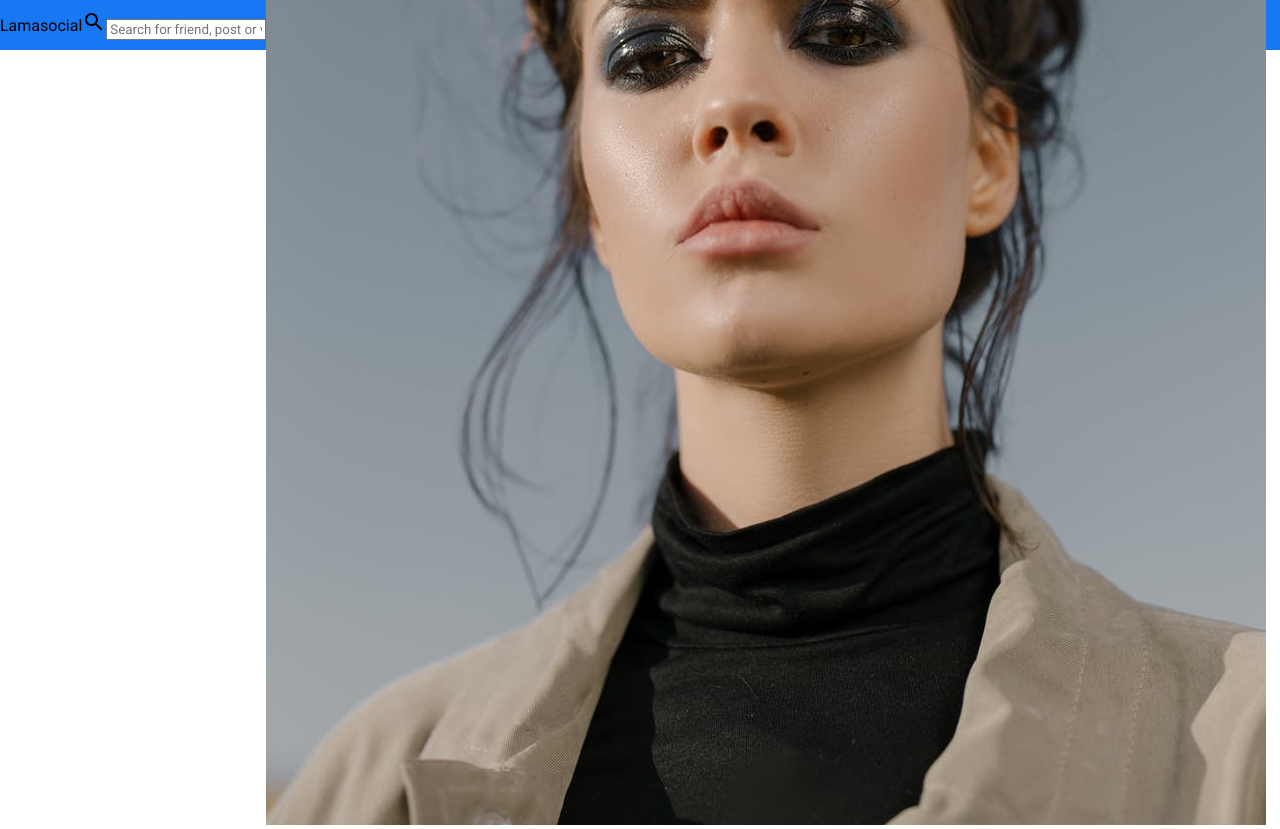
Repository: nazlinres01/react-social
Page: / (app in client/)
These files come from the project's save history. The page is drawn as it stood at one moment and after the next save; the edit follows.
The browser window is 1280 px wide. The pictures show the whole page.
The project was rebuilt for these pictures with package versions that can differ from the ones it lists, and the page was loaded fresh each time.

Above is the page before, as saved 2024-06-07 21:26:58.

After the next save:
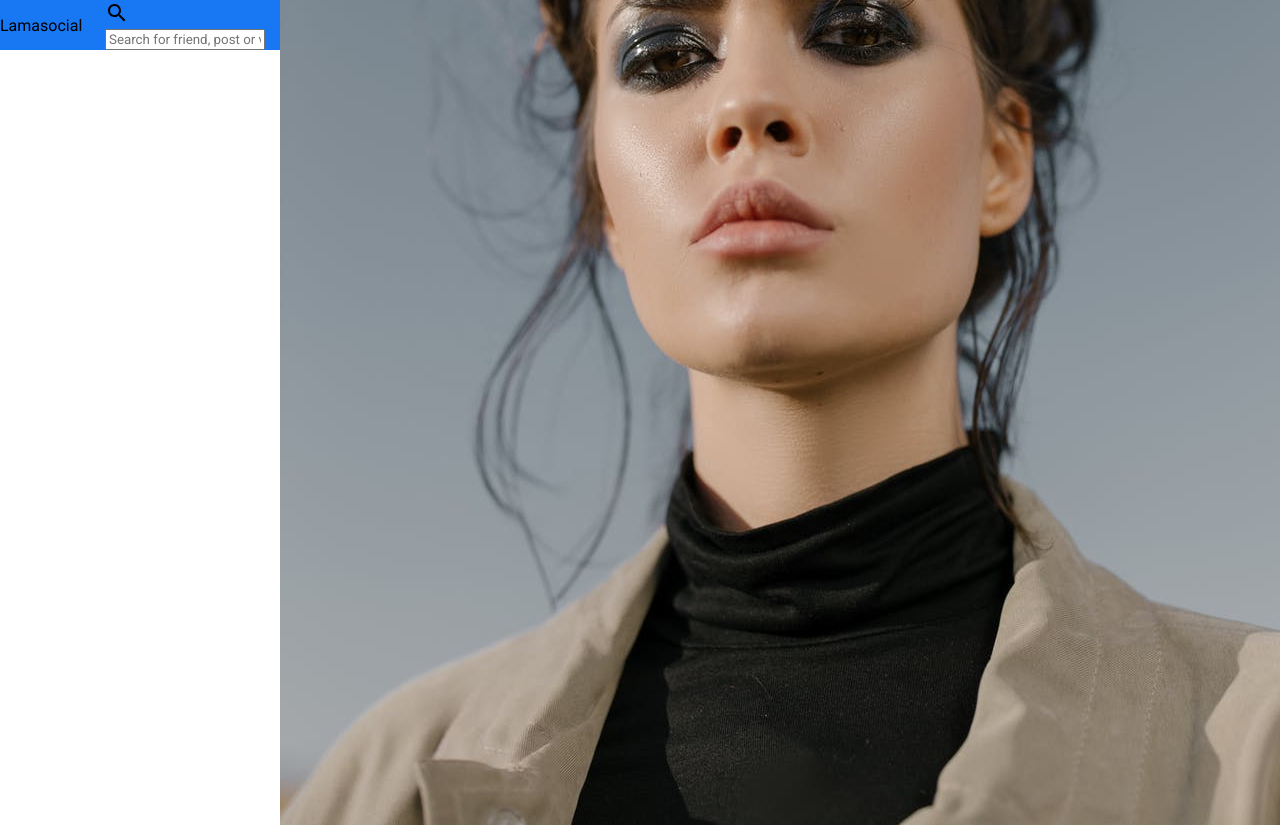
Saved 2 min 5 s later.
--- a/client/src/components/topbar/topbar.css
+++ b/client/src/components/topbar/topbar.css
@@ -6,5 +6,16 @@
     align-items: center;
     position: sticky;
     top: 0;
+}
 
+.topbarLeft {
+    flex: 3;
 }
+
+.topbarCenter {
+    flex: 5;
+}
+
+.topbarRight {
+    flex: 4;
+}
